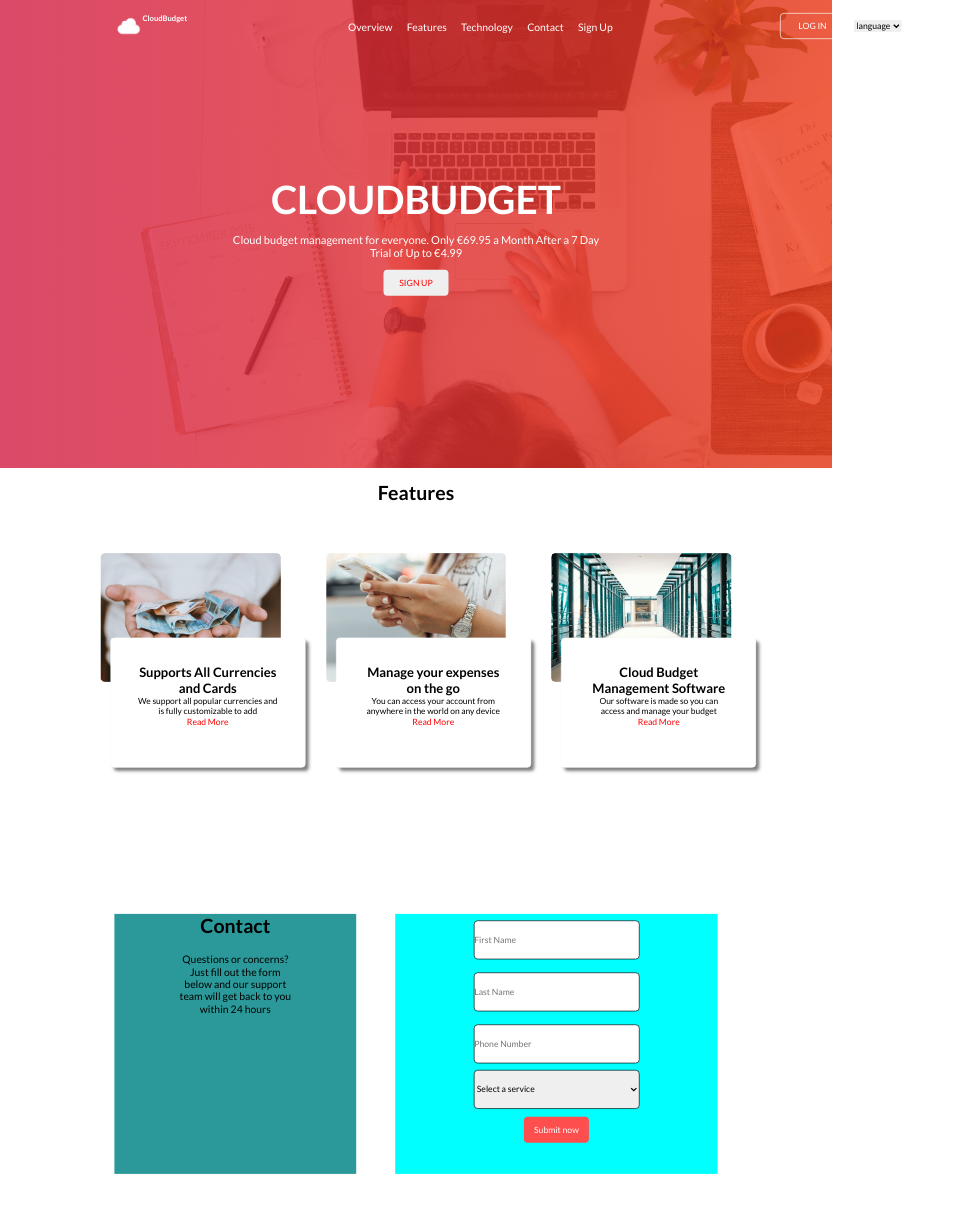
Repository: havvanurrana/website3
Page: index.html
These files come from the project's save history. The page is drawn as it stood at one moment and after the next save; the edit follows.
The browser window is 1280 px wide. The page is 1490 px wide, so the pictures cover 1490 px, including what lies to the right of the window. The pictures show the whole page, at 65% of full size.

Above is the page before, as saved 2024-08-02 15:59:57.

After the next save:
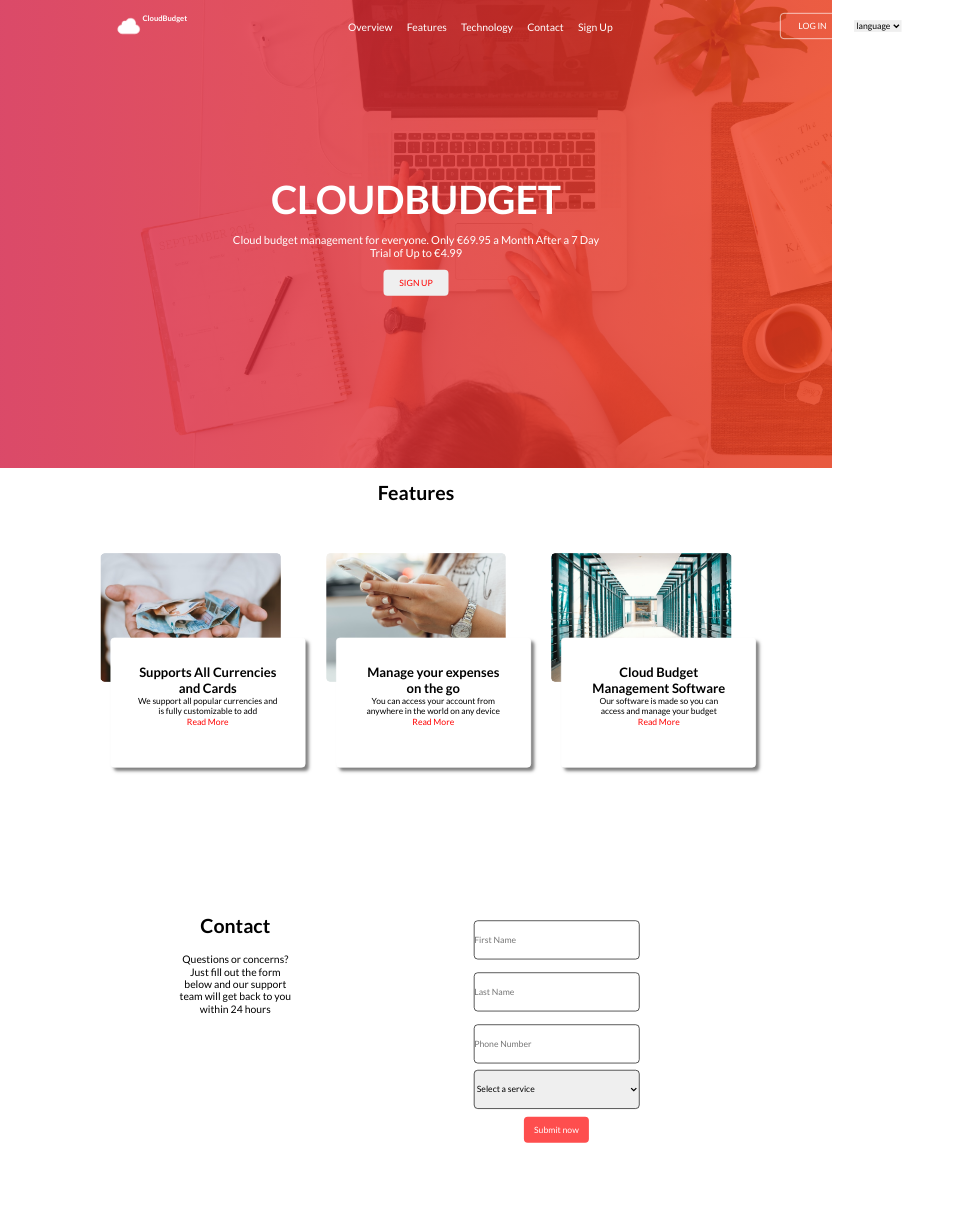
Saved 23 s later.
--- a/style.css
+++ b/style.css
@@ -244,7 +244,7 @@
  .contact .contact-text{
 width: 30%;
 height: 40rem;
-background-color: rgb(43, 153, 153);
+/*background-color: rgb(43, 153, 153);*/
 }
 input{
    width: 255px;
@@ -271,7 +271,7 @@
 .contact .input{
    width: 40%;
    height: 40rem;
-   background-color: aqua;
+  /* background-color: aqua;*/
 }
 
 /* toggle menu*/

After the 3 saves that followed:
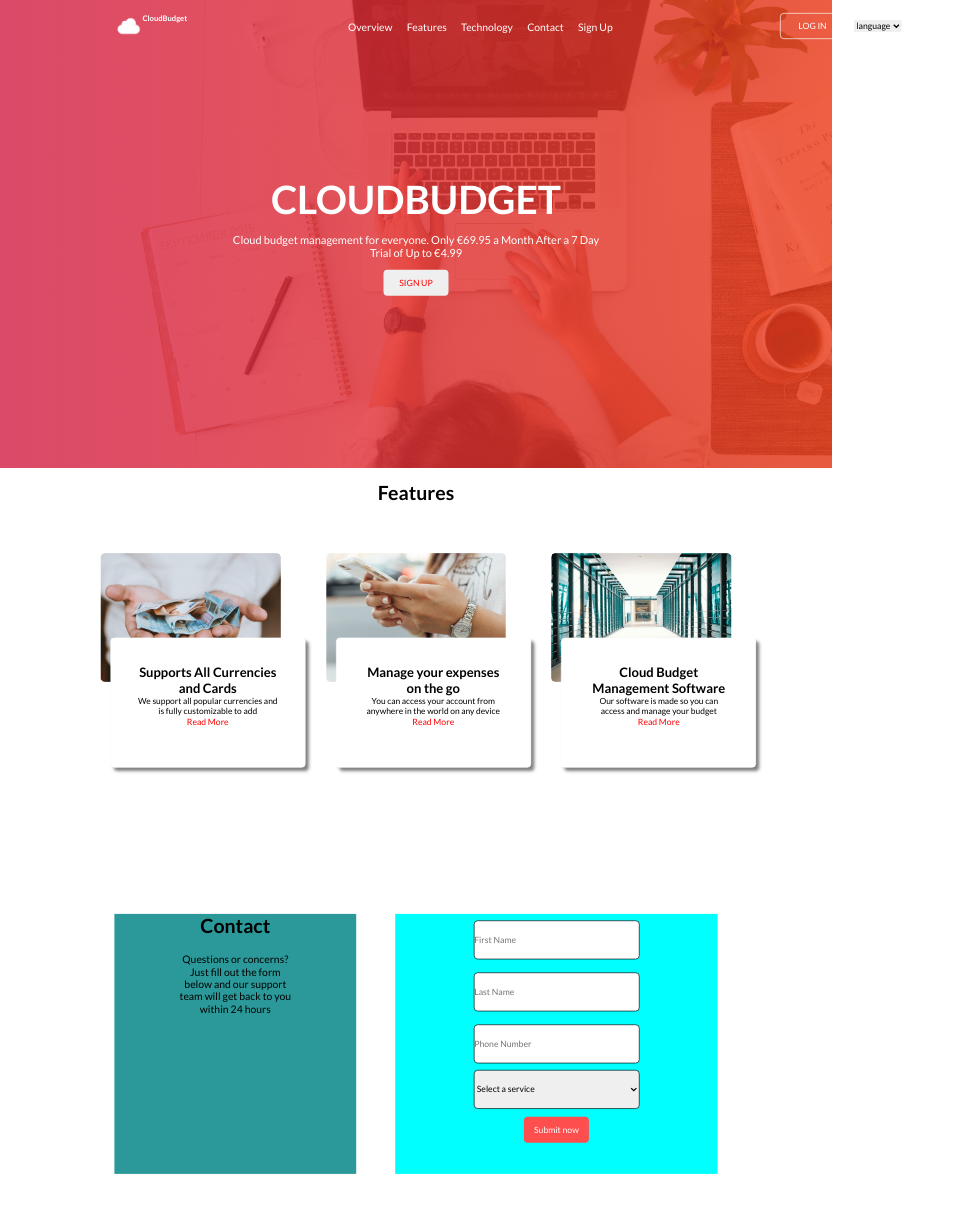
The 3 saves are shown as one change because 2 left the picture as it was.
The last was saved 118 s later.
--- a/style.css
+++ b/style.css
@@ -244,7 +244,7 @@
  .contact .contact-text{
 width: 30%;
 height: 40rem;
-/*background-color: rgb(43, 153, 153);*/
+background-color: rgb(43, 153, 153);
 }
 input{
    width: 255px;
@@ -271,7 +271,9 @@
 .contact .input{
    width: 40%;
    height: 40rem;
-  /* background-color: aqua;*/
+   align-items: center;
+   justify-content: center;
+   background-color: aqua;
 }
 
 /* toggle menu*/
